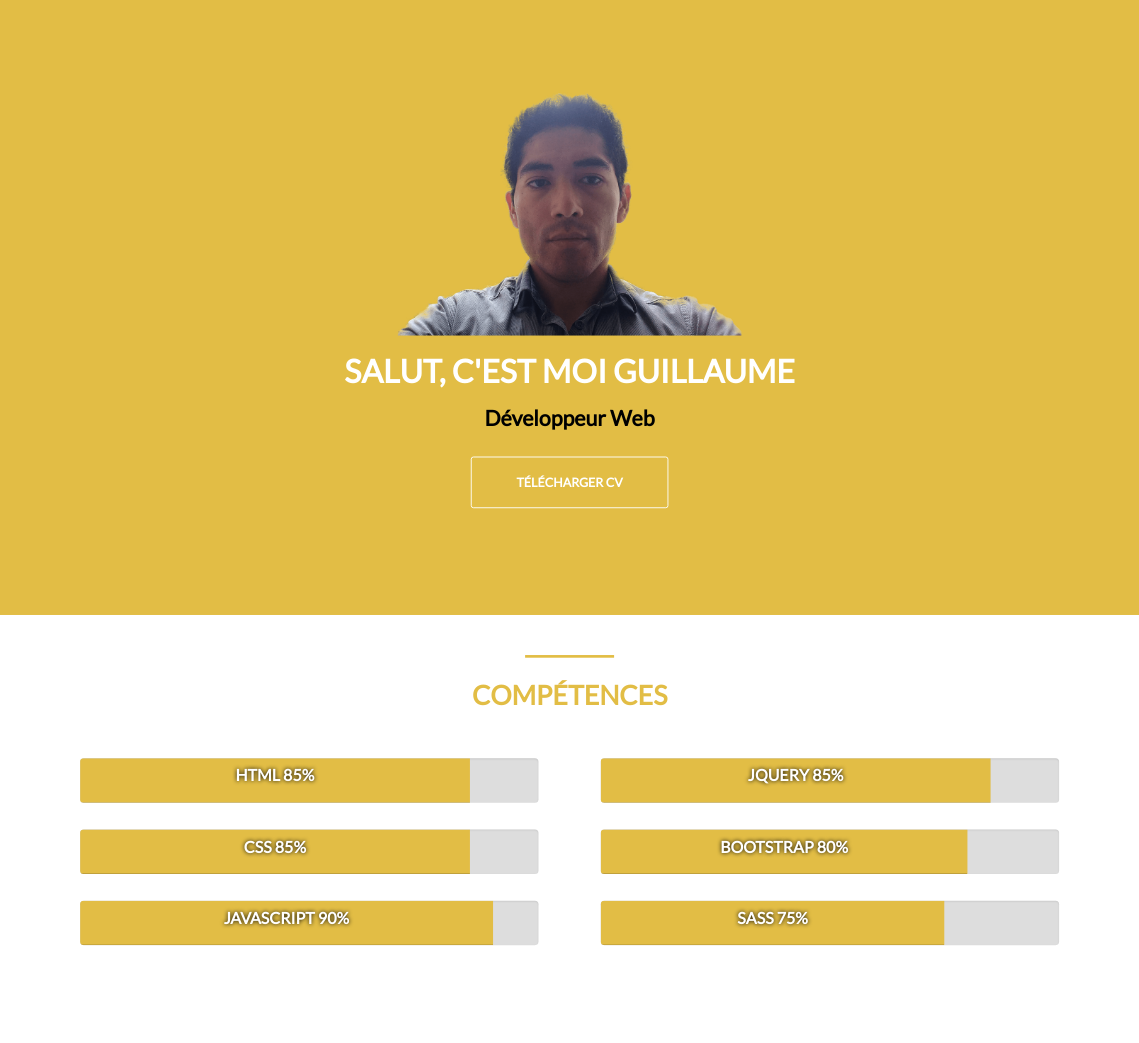
Repository: 0Memo/mon-cv
Page: index.html
These files come from the project's save history. The page is drawn as it stood at one moment and after the next save; the edit follows.
The browser window is 1280 px wide. The pictures show the whole page, at 89% of full size.

Above is the page before, as saved 2020-12-28 21:16:44.

### index.html
<!DOCTYPE html>
<html lang="en">
    <head>
        <meta charset="UTF-8">
        <meta name="viewport" content="width=device-width, initial-scale=1.0">
        <meta name="description" content="Voici mon cv, vous pourrez découvrir mon parcours de formation, et mes expériences professionnelles">
        <meta name="author" content="Guillaume Mehats">
        <title>Mon CV</title>
        <link rel="preconnect" href="https://fonts.gstatic.com">
        <link href="https://fonts.googleapis.com/css2?family=Lato&display=swap" rel="stylesheet">
        <link rel="stylesheet" href="css/bootstrap.min.css">
        <link rel="stylesheet" href="css/styles.css">
        <link rel="shortcut icon" href="img/colombia.png">
    </head>
    <body>
        <section id="about" class="container-fluid">
            <div class="col-xs-8 col-md-4 profile-picture">
                <img src="img/photo.png" alt="Guillaume" class="rounded-circle">
            </div>
            <div class="heading">
                <h1>Salut, c'est moi Guillaume</h1>
                <h3>Développeur Web</h3>
                <a href="docs/CV_Guillaume_Mehats.pdf" class="button1">Télécharger CV</a>
            </div>
        </section>

        <section id="skills">
            <div class="yellow-divider">
            </div>
            <div class="heading">
                <h2>Compétences</h2>
            </div>
            <div class="container">
                <div class="row">
                    <div class="col-md-6">
                        <div class="progress">
                            <div class="progress-bar" role="progressbar" aria-valuenow="85" aria-valuemin="0" aria-valuemax="100" style="width:85%">
                                <h5>HTML 85%</h5>
                            </div>
                        </div>
                        <div class="progress">
                            <div class="progress-bar" role="progressbar" aria-valuenow="85" aria-valuemin="0" aria-valuemax="100" style="width:85%">
                                <h5>CSS 85%</h5>
                            </div>
                        </div>
                        <div class="progress">
                            <div class="progress-bar" role="progressbar" aria-valuenow="90" aria-valuemin="0" aria-valuemax="100" style="width:90%">
                                <h5>JAVASCRIPT 90%</h5>
                            </div>
                        </div>
                    </div>
                    <div class="col-md-6">
                        <div class="progress">
                            <div class="progress-bar" role="progressbar" aria-valuenow="85" aria-valuemin="0" aria-valuemax="100" style="width:85%">
                                <h5>JQUERY 85%</h5>
                            </div>
                        </div>
                        <div class="progress">
                            <div class="progress-bar" role="progressbar" aria-valuenow="80" aria-valuemin="0" aria-valuemax="100" style="width:80%">
                                <h5>BOOTSTRAP 80%</h5>
                            </div>
                        </div>
                        <div class="progress">
                            <div class="progress-bar" role="progressbar" aria-valuenow="75" aria-valuemin="0" aria-valuemax="100" style="width:75%">
                                <h5>SASS 75%</h5>
                            </div>
                        </div>
                    </div>
                </div>
            </div>
        </section>


        <script src="js/jquery-3.5.1.min.js"></script>
        <script src="https://cdn.jsdelivr.net/npm/popper.js@1.16.0/dist/umd/popper.min.js" integrity="sha384-Q6E9RHvbIyZFJoft+2mJbHaEWldlvI9IOYy5n3zV9zzTtmI3UksdQRVvoxMfooAo" crossorigin="anonymous"></script>
        <script src="js/bootstrap.min.js"></script>
        <script src="js/script.js"></script>
    </body>
</html>

### css/styles.css
body {
    font-family: 'Lato', sans-serif;
}

h1, h2, h3, h4, h5, h6 {
    font-weight: bold;
}


.profile-picture {
    text-align: center;
    margin: 0 auto;
    float: none;
}

img {
    max-width: 100%;
    height: auto;
}

section {
    padding: 45px 0 80px 0;
}

#about {
    padding-top: 100px;
    background: #e2bd45;
}

#about  .heading {
    text-align: center;
    padding-bottom: 40px;
}

#about .heading h1 {
    color: #fff;
    text-transform: uppercase;
}

#about .heading h3 {
    color: #000;
}

#about .heading .button1 {
    color: #fff;
    font-weight: bold;
    text-transform: uppercase;
    border: 1px solid #fff;
    margin-top: 20px;
    display: inline-block;
    padding: 18px 50px;
    border-radius: 3px;
    transition: all 0.3s ease-in 0s;
}

#about .heading .button1:hover {
    text-decoration: none;
    background: #fff;
    color: #e2bd45;
}

#skills {
    background: #fff;
}

#skills .yellow-divider {
    width: 100px;
    height: 3px;
    background: #e2bd45;
    margin: 0 auto;
}

#skills .heading h2 {
    color: #e2bd45;
    text-align: center;
    text-transform: uppercase;
    margin: 25px;
}

#skills .progress {
    margin: 30px 20px;
    height: 50px;
    background: #ddd;
}

#skills .progress .progress-bar {
    background: #e2bd45;
}


#skills .progress .progress-bar h5 {
    text-shadow: 0 0 5px #000;
    font-size: 18px;
    line-height: 18px;
}

Loaded but not shown: css/bootstrap.min.css (library); js/jquery-3.5.1.min.js (library); js/bootstrap.min.js (library); js/script.js (no copy from this time; the picture is the same without it)

After the next save:
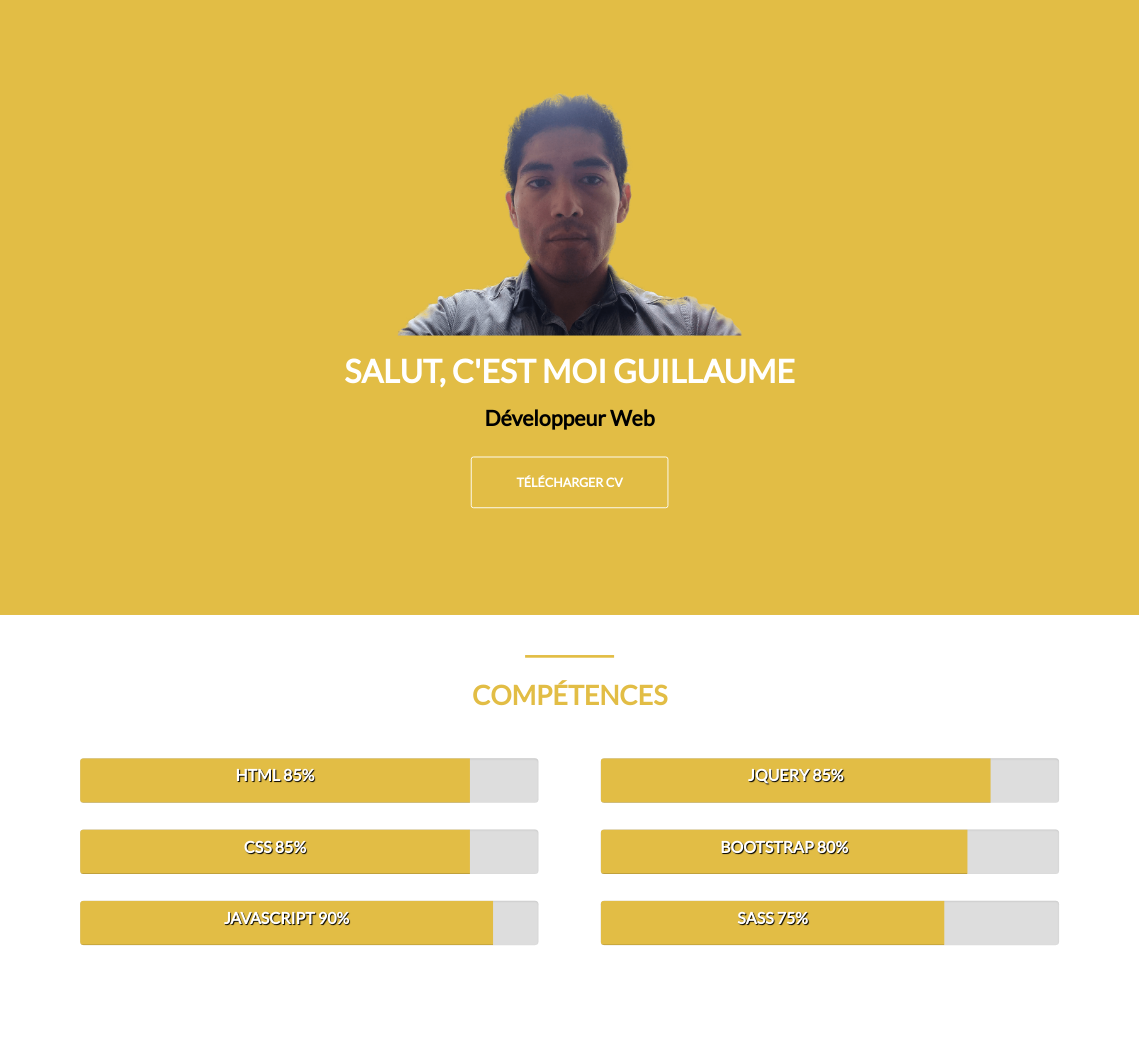
Saved 61 s later.
--- a/css/styles.css
+++ b/css/styles.css
@@ -89,7 +89,7 @@ section {
 
 
 #skills .progress .progress-bar h5 {
-    text-shadow: 0 0 5px #000;
+    text-shadow: 1px 1px 1px #000;
     font-size: 18px;
     line-height: 18px;
 }
